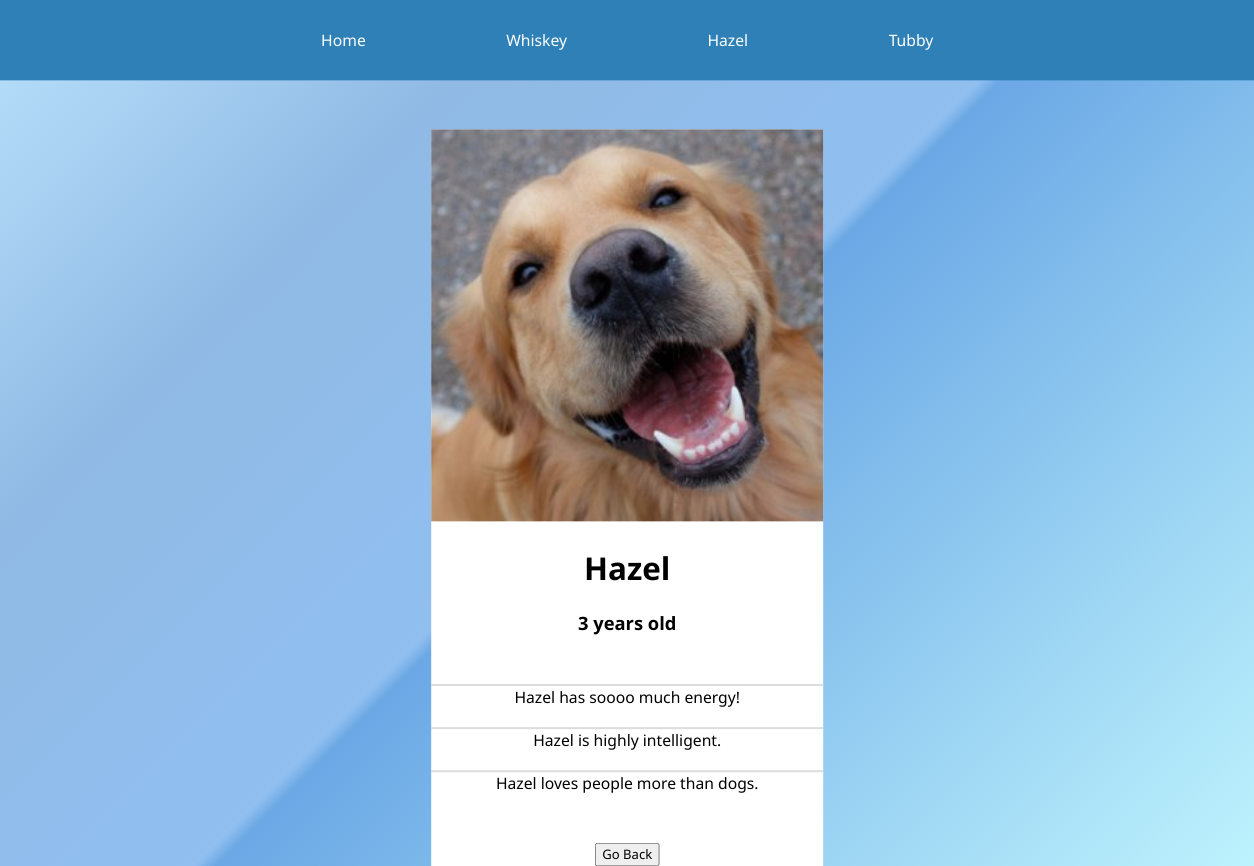
Repository: johnmutina/dog-finder
Page: /dogs/Hazel
An editor plug-in stored every save of this project. The page is shown before and after a run of saves, followed by the edit.
The browser window is 1280 px wide. The pictures show the whole page, at 98% of full size.
The project was rebuilt for these pictures with package versions that can differ from the ones it lists, and the page was loaded fresh each time. Also part of the build but not shown: src/DogFinder.css, src/DogFinder.js.

Above is the page before, as saved 2019-07-28 15:39:01.

After the next 3 saves:
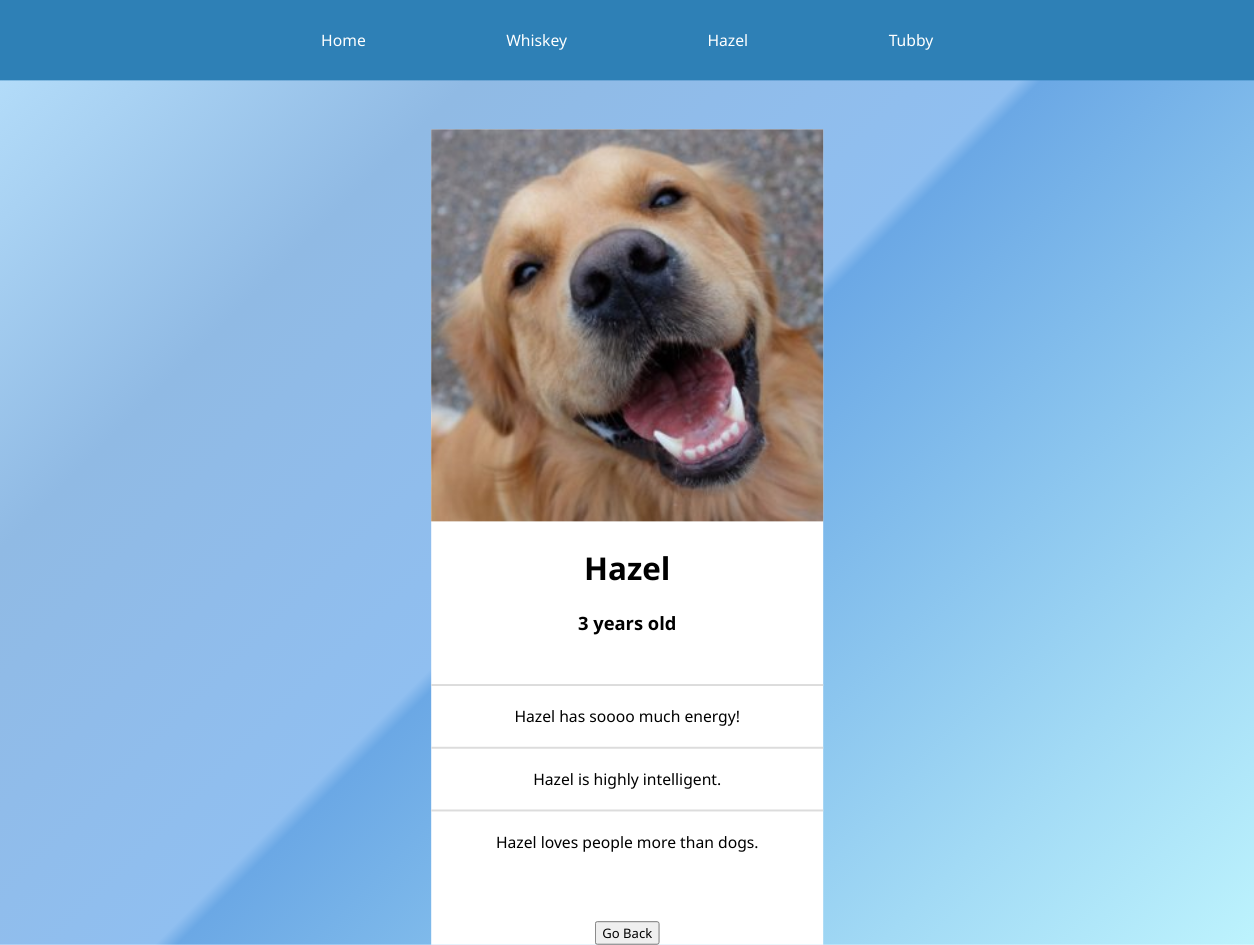
The 3 saves are shown as one change because they came seconds apart.
The last was saved 45 s later.
--- a/src/Dog.css
+++ b/src/Dog.css
@@ -17,6 +17,7 @@
 }
 
 .Dog ul li {
-  margin: 20px 0;
+  /* margin: 20px 0; */
+  padding: 20px;
   border-top: 2px solid rgb(220, 220, 220);
 }
